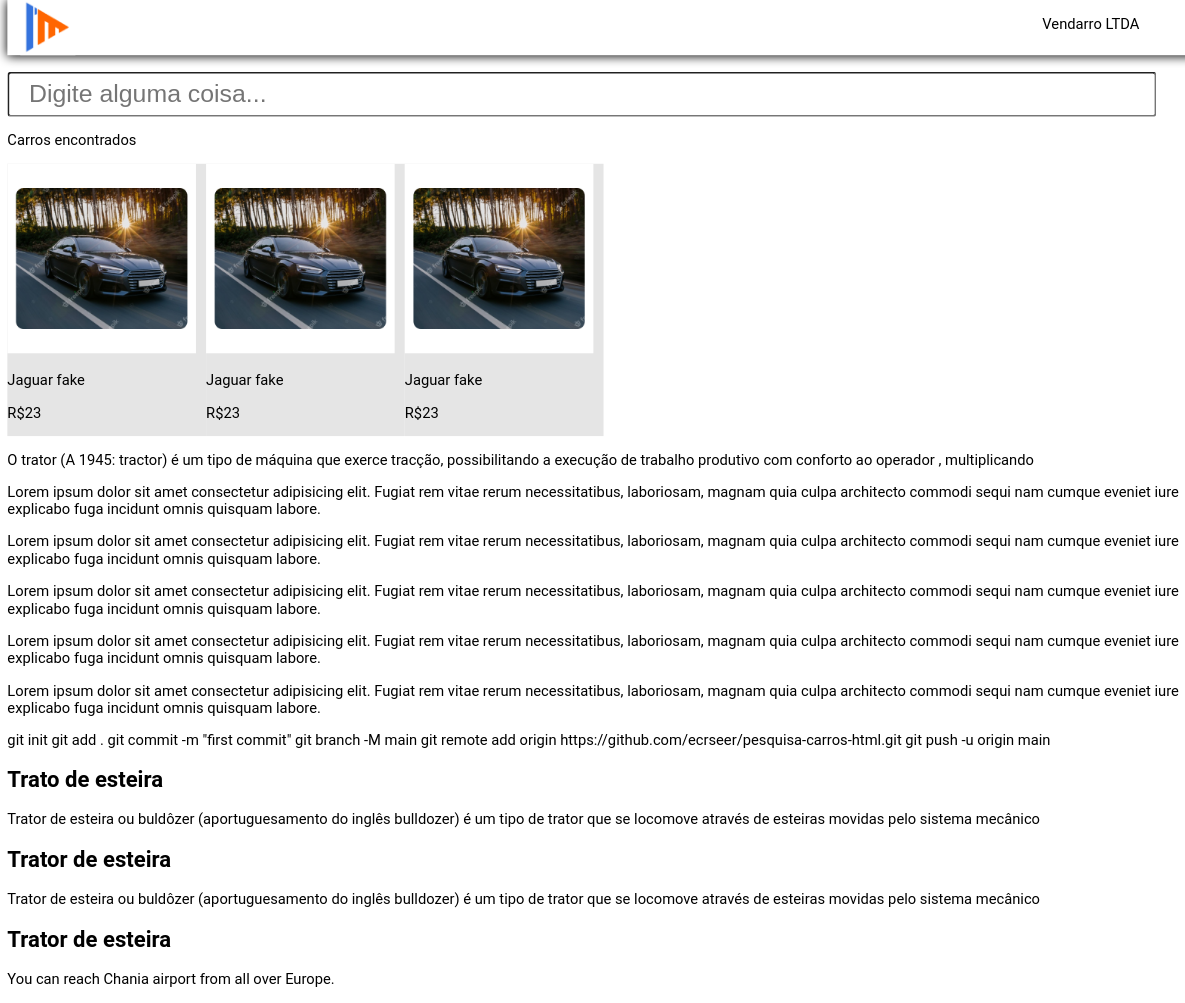
Repository: ecrseer/pesquisa-carros-html
Page: index.html
An editor plug-in stored every save of this project. The page is shown before and after the next save, followed by the edit.
The browser window is 1280 px wide. The page is 1288 px wide, so the pictures cover 1288 px, including what lies to the right of the window. The pictures show the whole page, at 92% of full size.

Above is the page before, as saved 2022-01-21 17:12:24.

After the next save:
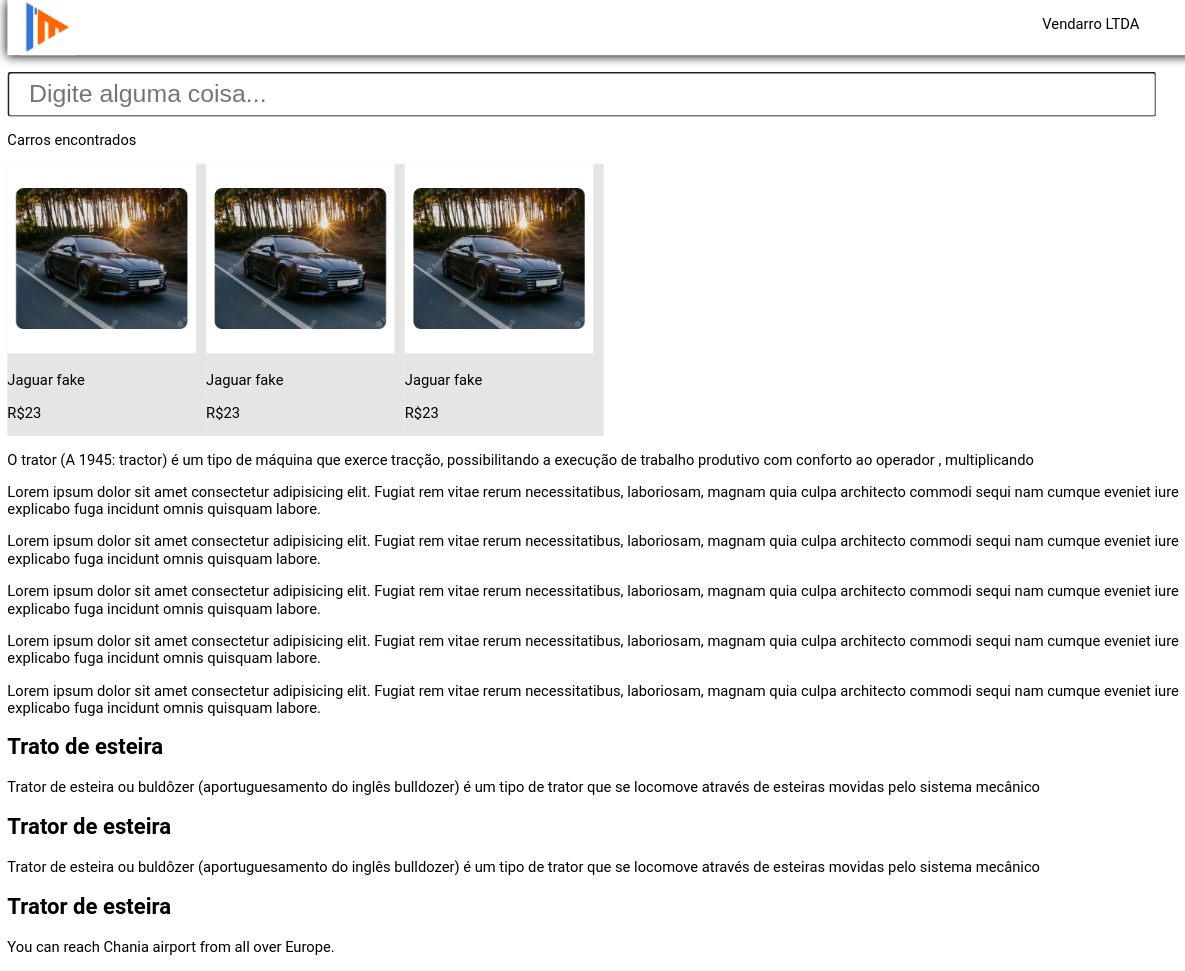
Saved 9 s later.
--- a/index.html
+++ b/index.html
@@ -56,12 +56,6 @@
              <p>Lorem ipsum dolor sit amet consectetur adipisicing elit. Fugiat rem vitae rerum necessitatibus, laboriosam, magnam quia culpa architecto commodi sequi nam cumque eveniet iure explicabo fuga incidunt omnis quisquam labore.</p>
              <p>Lorem ipsum dolor sit amet consectetur adipisicing elit. Fugiat rem vitae rerum necessitatibus, laboriosam, magnam quia culpa architecto commodi sequi nam cumque eveniet iure explicabo fuga incidunt omnis quisquam labore.</p>
         </div>
-        git init
-        git add .
-        git commit -m "first commit"
-        git branch -M main
-        git remote add origin https://github.com/ecrseer/pesquisa-carros-html.git
-        git push -u origin main
         <div class="col-3 col-s-12">
           <div class="aside">
             <h2>Trato de esteira</h2>
